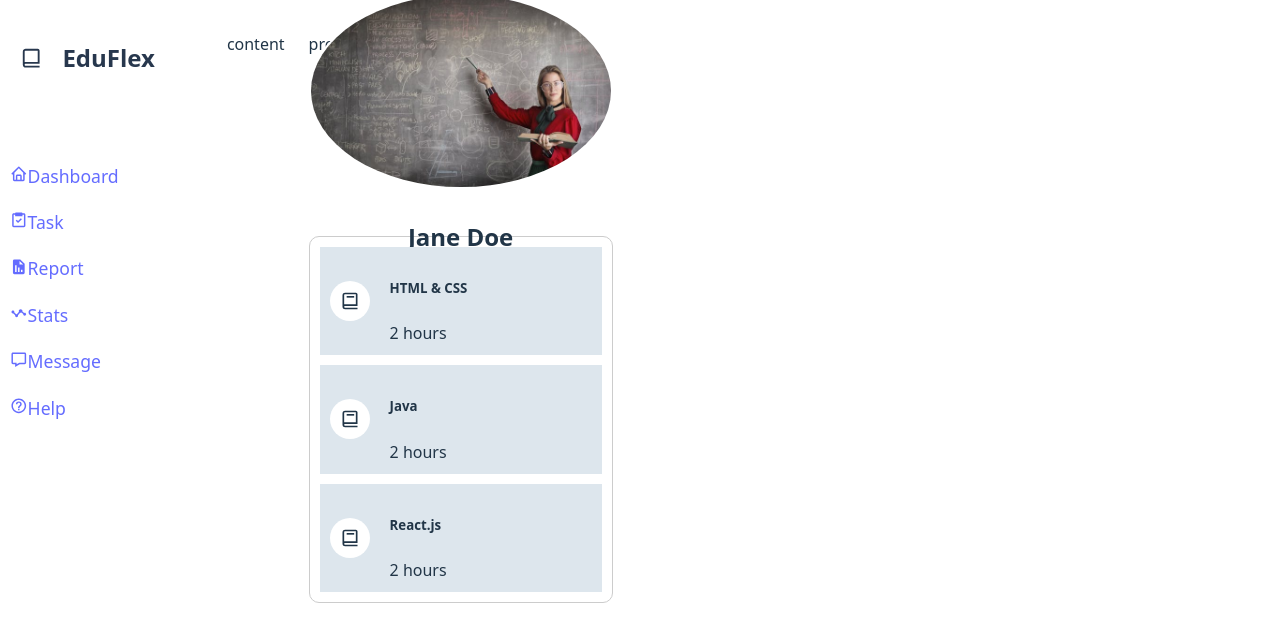
Repository: gogg23/react-dash
Page: /
An editor plug-in stored every save of this project. The page is shown before and after the next save, followed by the edit.
The browser window is 1280 px wide. The pictures show the whole page.
The project was rebuilt for these pictures with package versions that can differ from the ones it lists, and the page was loaded fresh each time. Also part of the build but not shown: vite.config.js.

Above is the page before, as saved 2025-04-09 18:15:50.

After the next save:
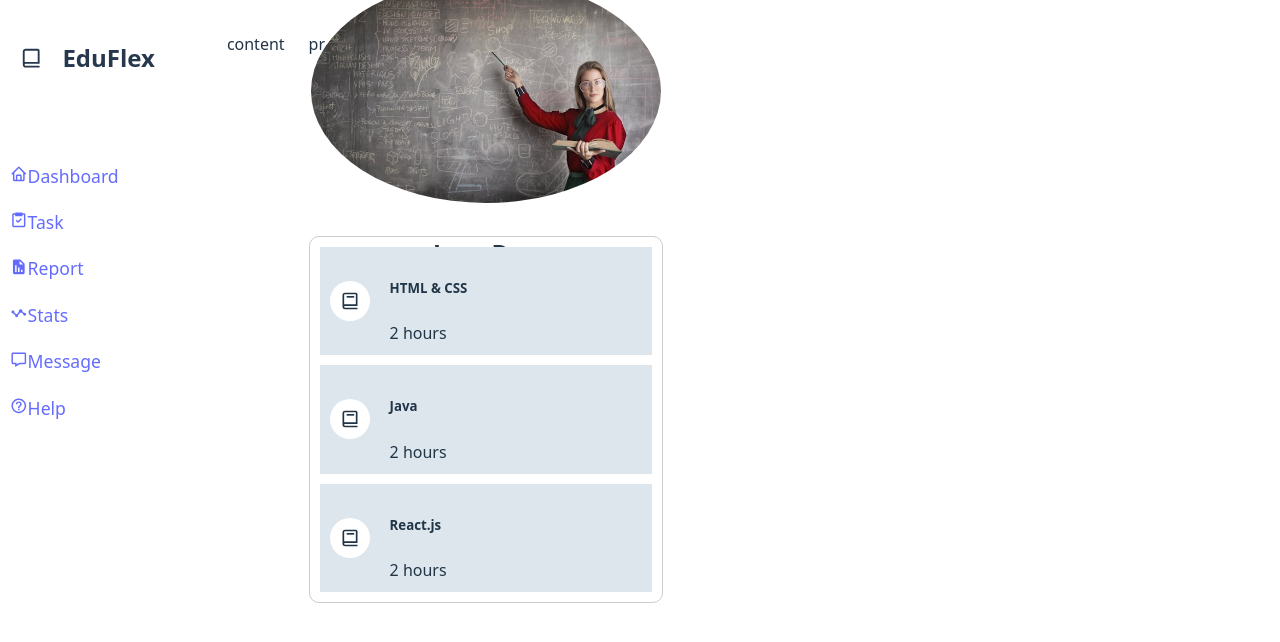
Saved 19 s later.
--- a/src/components/Profile.jsx
+++ b/src/components/Profile.jsx
@@ -31,8 +31,8 @@
           src={Image1}
           alt='Profile'
           style={{
-            width: '300px',
-            height: '300px',
+            width: '350px',
+            height: '350px',
             borderRadius: '50%',
             border: '2px solid #fff',
             objectFit: 'cover',

After the save that followed:
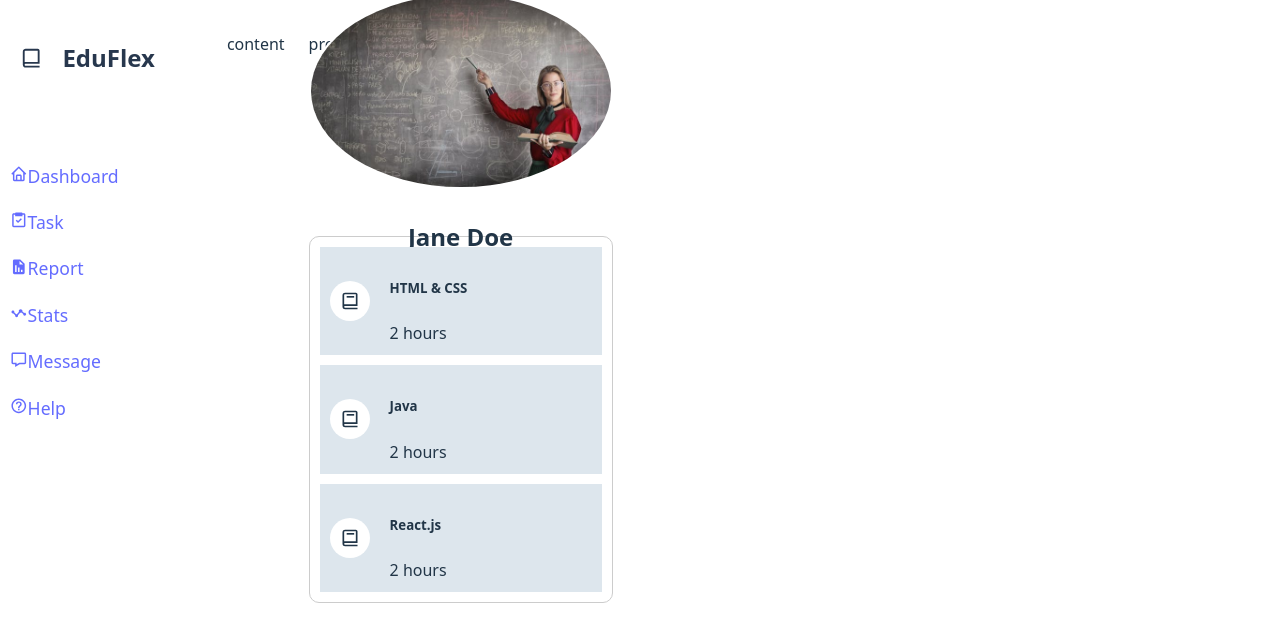
Saved 13 s later.
--- a/src/components/Profile.jsx
+++ b/src/components/Profile.jsx
@@ -31,8 +31,8 @@
           src={Image1}
           alt='Profile'
           style={{
-            width: '350px',
-            height: '350px',
+            width: '300px',
+            height: '300px',
             borderRadius: '50%',
             border: '2px solid #fff',
             objectFit: 'cover',
